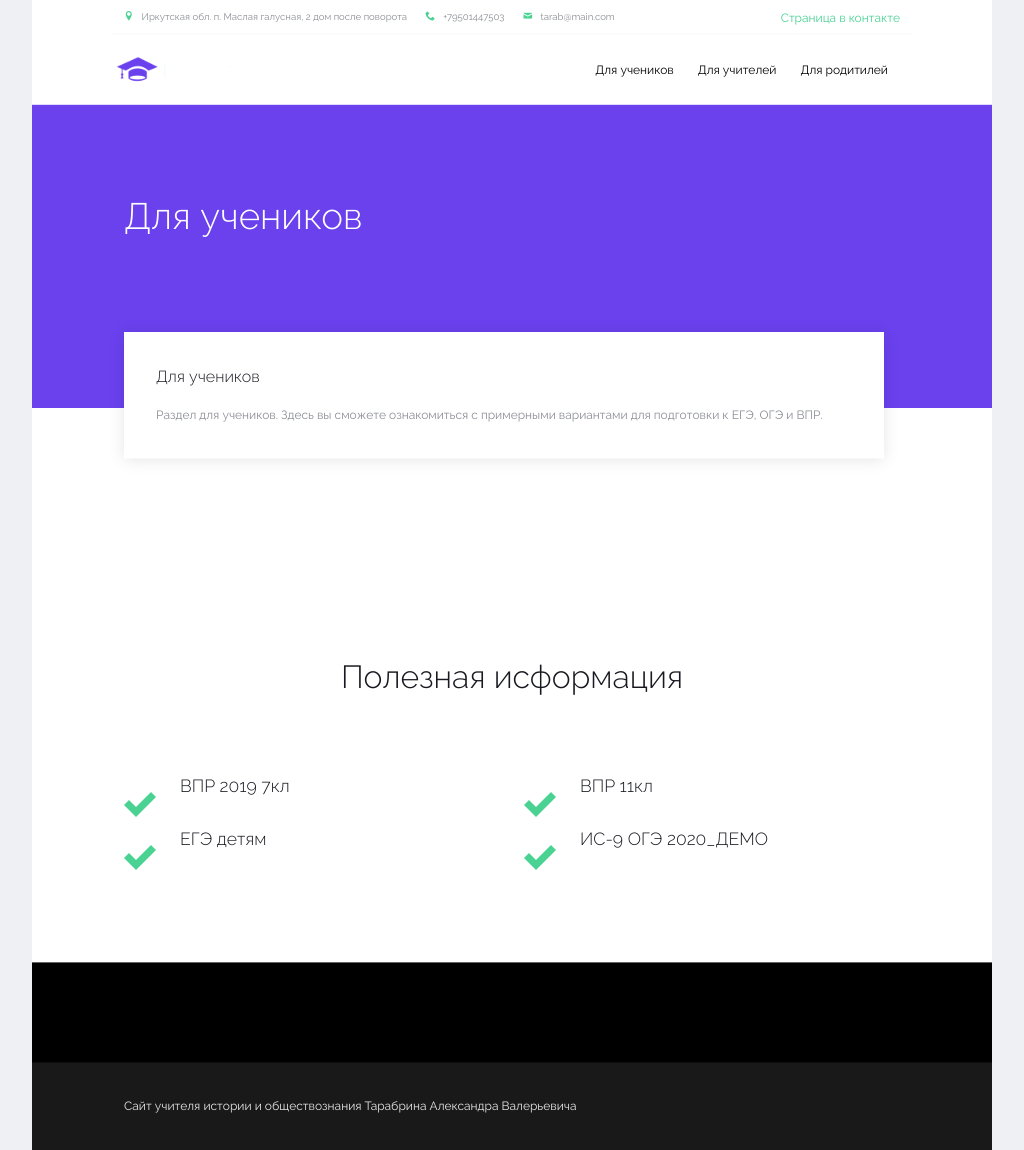
Repository: tarabrin-aleksander/tarabrin-aleksander
Page: parent.html
The author's editor kept a copy of each file at every save. The page is drawn from the files as they stood at one save, then again after the next save.
The browser window is 1280 px wide. The pictures show the whole page, at 80% of full size.

Above is the page before, as saved 2020-01-24 15:00:19.

After the next save:
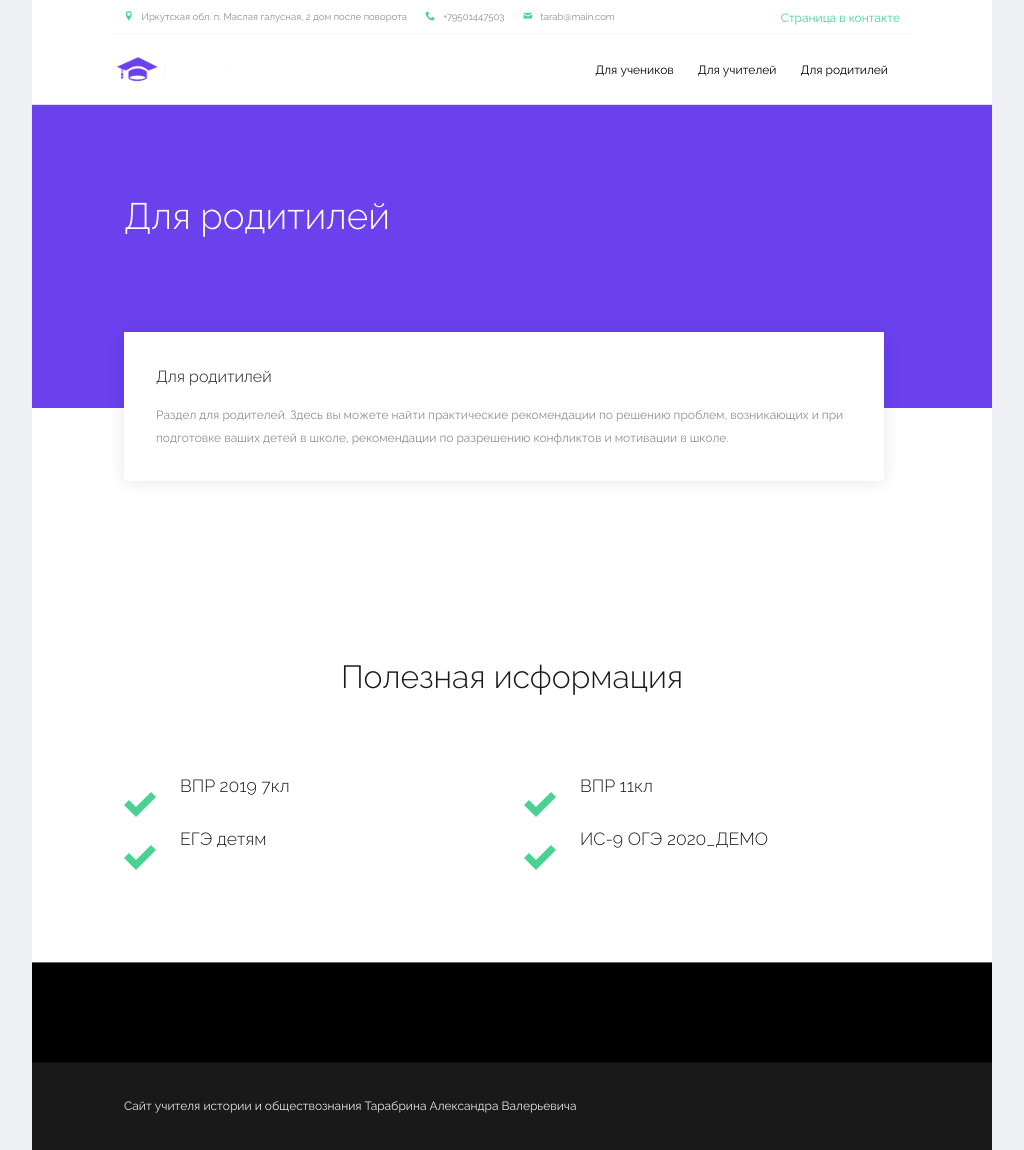
Saved 2 min 43 s later.
--- a/parent.html
+++ b/parent.html
@@ -67,7 +67,7 @@
         <div class="container">
           <div class="row">
             <div class="col-md-12 text-left section-heading probootstrap-animate">
-              <h1>Для учеников</h1>
+              <h1>Для родитилей</h1>
             </div>
           </div>
         </div>
@@ -79,8 +79,8 @@
             <div class="col-md-12">
               <div class="probootstrap-flex-block">
                 <div class="probootstrap-text probootstrap-animate" style="width: 100%;">
-                  <h3>Для учеников</h3>
-                  <p>Раздел для учеников. Здесь вы сможете ознакомиться с примерными вариантами для подготовки к ЕГЭ, ОГЭ и ВПР.</p>
+                  <h3>Для родитилей</h3>
+                  <p>Раздел для родителей. Здесь вы можете найти практические рекомендации по решению проблем, возникающих и при подготовке ваших детей в школе, рекомендации по разрешению конфликтов и мотивации в школе.</p>
                 </div>
               </div>
             </div>
